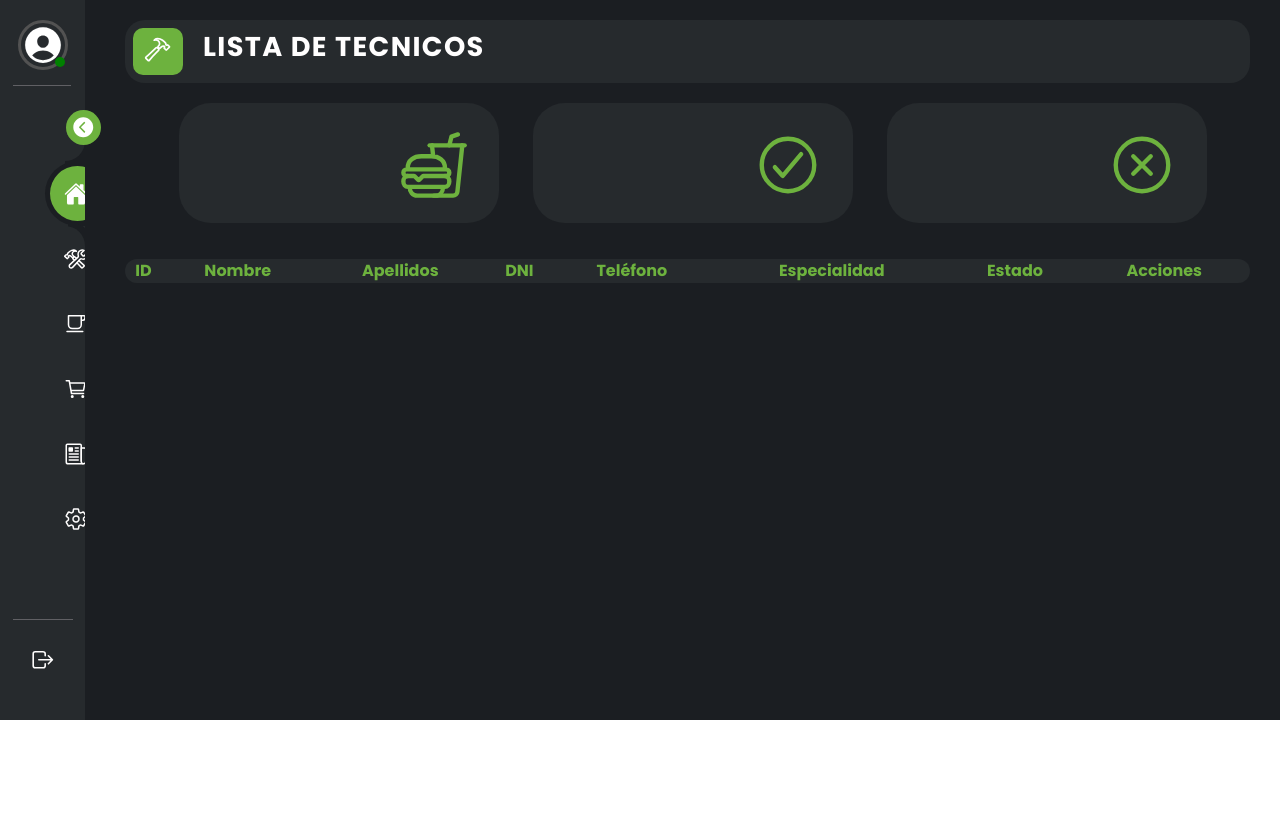
Repository: luisfelipe2023/warmisitAI
Page: http://localhost/tecnicos-lista
The author's editor kept a copy of each file at every save. The page is drawn from the files as they stood at one save, then again after the next save.
The browser window is 1280 px wide. The pictures show the whole page.
The page is this project's Thymeleaf template; nobody is signed in. The template is opened directly, without the code that normally fills it, so the values that code supplies are empty.

Above is the page before, as saved 2023-11-17 22:41:04.

After the next save:
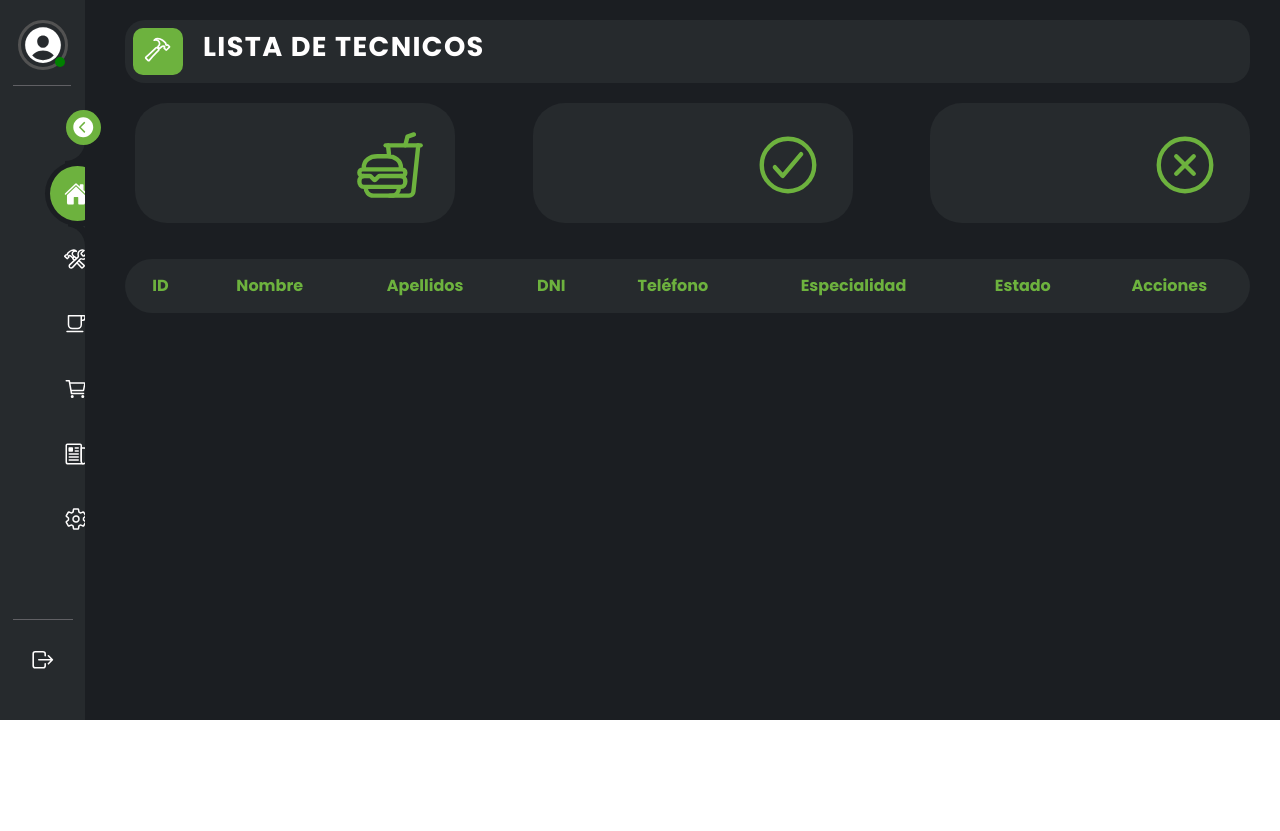
Saved 77 s later.
--- a/warmisitAI/src/main/resources/static/css/estilos.css
+++ b/warmisitAI/src/main/resources/static/css/estilos.css
@@ -369,7 +369,7 @@ a{
       float: left;
       display: flex;
       gap: 1.5rem;
-      justify-content: center;
+      justify-content:space-between;
 }
 
 .box{
@@ -430,6 +430,7 @@ a{
 
 table thead th{
       color: #6db23e;
+      padding: 15px;
 }
 
 table tbody td{
